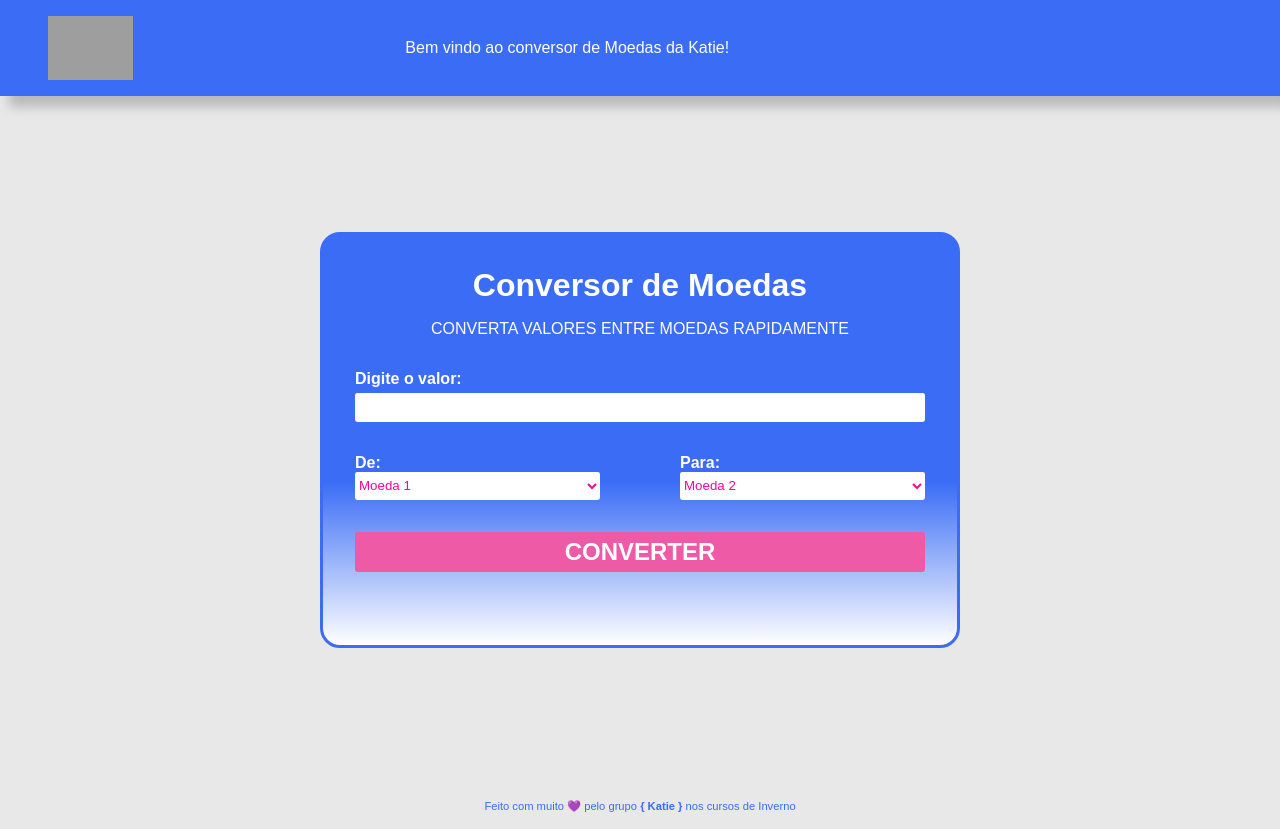
Repository: willamesalmeida/Conversor-de-Moedas
Page: index.html
These files come from the project's save history. The page is drawn as it stood at one moment and after the next save; the edit follows.
The browser window is 1280 px wide. The pictures show the whole page.
Pictures or frames that could not be fetched are drawn as grey boxes.

Above is the page before, as saved 2022-08-07 14:53:51.

### index.html
<!DOCTYPE html>
<html lang="pt-br">
<head>
    <meta charset="UTF-8" />
    <meta name="viewport" content="width=device-width, initial-scale=1.0">
    <link rel="stylesheet" href="./global.css">
    <link rel="stylesheet" href="./styles.css">
    <title>Conversor de moedas KATIE</title>
</head>
<body>
    <script src="script.js"></script>

    <header class="cabecalho">
        <img class="gif-katie" src="https://ic.ufal.br/extensao/katie/resources/logoanim.gif"/>
        <p class="saudacao">Bem vindo ao conversor de Moedas da Katie!</p>
    </header>
    <main class="container">
        <section class="card">
            <header>
                <h2 class="titulo">Conversor de Moedas</h2>
                CONVERTA VALORES ENTRE MOEDAS RAPIDAMENTE
            </header>

            <section class="valor">
                <label>Digite o valor:</label>
                <input type="number" id="valor_inicial">
            </section>

            <section class="conversao">
                <div  class="converter-de">
                    <label>De:</label>
                    <select name="moedasde" id="moedasde">
                        <option value="de">Moeda 1</option>
                        <option value="USD">Dolar</option>
                        <option value="BRL">Real</option>
                        <option value="EUR">Euro</option>
                      </select>
                </div>

                <div class="converter-para">
                    <label>Para:</label>
                    <select name="moedaspara" id="moedaspara">
                        <option value="para">Moeda 2</option>
                        <option value="USD">Dolar</option>
                        <option value="BRL">Real</option>
                        <option value="EUR">Euro</option>
                      </select>
                </div>

            </section>
            <button type="submit" onclick="Converter()">CONVERTER</button>

            <span id="resultado" class="resultado"></span>

        </section>

    </main>

    <footer>
        Feito com muito &#128156 pelo grupo <strong>{ Katie }</strong> nos cursos de Inverno
    </footer>


</body>
</html>

### global.css
@import url('https://fonts.googleapis.com/css2?family=Roboto+Flex:opsz,wght@8..144,400;8..144,500&family=Roboto:ital,wght@0,100;0,300;0,400;0,500;0,700;0,900;1,100;1,300;1,400;1,500;1,700;1,900&display=swap');
:root {
  --rosa-katie: #f8049c;
  --amarelo-katie: #fdd54f;
  --cinza-katie: #1f1f24;
  --rosa-claro: #EF5AA7;
  --branco:  #ffffff;
  --blue: #3A6CF5;
  --gray:#E8E8E8;
  --grey2: #EBEBF3;
  --red:#FF0000;
}

* {
  margin: 0;
  padding: 0;
  box-sizing: border-box;
}

body {
  font-family: 'Roboto ', sans-serif;
  font-family: 'Roboto Flex ', sans-serif;
  color: #ffffff;
  background-color: var(--gray);
}

### styles.css
.cabecalho {
  background: var(--blue);
  padding: 1rem 0;
}

.gif-katie {
  margin-left: 3rem;
  height: 4rem;
}
.cabecalho{
  display: flex;
  align-items: center;
  box-shadow: 10px 10px 10px 1px rgba(0, 0, 0, 0.2);
}

.saudacao {
  text-align: center;
  padding-left: 17rem;
}

.container {
  padding: 2.5rem 1rem;
}

.card {
  background: linear-gradient(var(--blue)60%, var(--branco)); ;
  /* background: var(--red); */
  width: 40rem;
  height: 26rem;
  border: 3px solid var(--blue);
  border-radius: 20px;
  padding: 2rem;
  margin: 6rem auto;
}

header h2 {

  font-size: 2rem;
}

.titulo {
  margin-bottom: 1rem;
}

.card header {
  text-align: center;
}

.valor {
  margin: 2rem 0;
  display: flex;
  flex-direction: column;
}

label {
  font-size: 1rem;
  font-weight: bold;
  margin-bottom: 0.3rem;
}

input,
select {
  border: none;
  border-radius: 0.15rem;
  height: 1.8rem;
  width: 100%;
  background: var(--branco);
  color: var(--rosa-katie)
}

input {
    padding: 0.8rem;
}

.conversao {
    width: 100%;
    margin: 2rem 0;
    display: flex;
    flex-direction: row;
  }

.converter-de,
.converter-para {
  width: 100%;
}

.converter-de {
  margin-right: 2.5rem;
}

.converter-para {
  margin-left: 2.5rem;
}

button {
  background: var(--rosa-claro);
  border: none;
  border-radius: 0.15rem;
  width: 100%;
  height: 2.5rem;
  cursor: pointer;
  color: var(--branco);
  font-weight: bold;
  font-size: 1.5rem;
  transition: 0.5s;
  margin-bottom: 1rem;
}

#resultado {
    font-weight: bold;
    color: var(--amarelo-katie);
    font-size: 1.5rem;
    text-align: center;
}

button:hover {
  filter: brightness(0.8);
}

footer {
    margin: 1rem 0;
    color: var(--blue);
    font-size: 0.70rem;
    text-align: center;
}

### script.js
function Converter() {
  let input = parseFloat(document.getElementById("valor_inicial").value);
  let output = document.getElementById("resultado");
  let de = document.getElementById("moedasde");
  let para = document.getElementById("moedaspara");

  console.log(de.value);

  //Reais
  if (de.value == "BRL" && para.value != "Moeda 2") {
    let valorEmReais = input;
    let valor;
    if (para.value == "BRL") {
      valor = "O valor em reais é: R$" + valorEmReais.toFixed(2);
    } else if (para.value == "EUR") {
      valor = "O valor em euros é: €" + (valorEmReais * 0.1885).toFixed(2);
    } else if (para.value == "USD") {
      valor = "O valor em dólar é: $" + (valorEmReais * 0.1917).toFixed(2);
    }
    output.innerHTML = valor;
  } else if (de.value == "EUR" && para.value != "Moeda 2") {
    let valorEmEuros = input;
    let valor;

    if (para.value == "EUR") {
      valor = "O valor em euros é: €" + valorEmEuros.toFixed(2);
    } else if (para.value == "USD") {
      valor = "O valor em dólar é: $" + (valorEmEuros * 1.0167).toFixed(2);
    } else if (para.value == "BRL") {
      valor = "O valor em reais é: R$" + (valorEmEuros * 5.303).toFixed(2);
    }
    output.innerHTML = valor;
  } else if (de.value == "USD" && para.value != "Moeda 2") {
    console.log("entrou no else is do dolar");
    let valorEmDolar = input;
    let valor;

    if (para.value == "USD") {
      valor = "O valor em dólar é: $" + valorEmDolar.toFixed(2);
    } else if (para.value == "BRL") {
      valor = "O valor em dólar é: R$" + (valorEmDolar * 5.2159).toFixed(2);
    } else if (para.value == "EUR") {
      valor = "O valor em dólar é: €" + (valorEmDolar * 0.9832).toFixed(2);
    }
    output.innerHTML = valor;
  } else {
    output.innerHTML = "";
  }
}

After the next save:
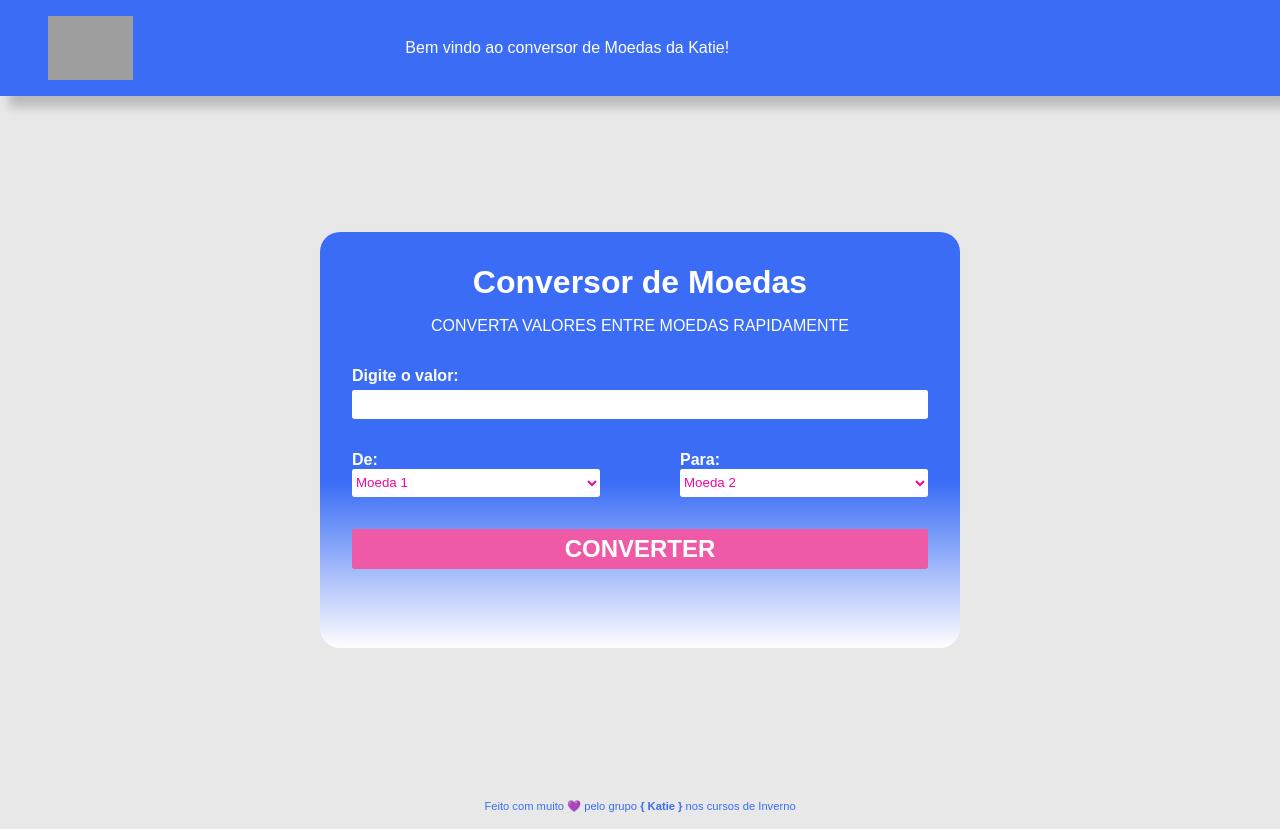
Saved 31 s later.
--- a/styles.css
+++ b/styles.css
@@ -27,7 +27,7 @@
   /* background: var(--red); */
   width: 40rem;
   height: 26rem;
-  border: 3px solid var(--blue);
+  border: 3px solid var(--blue) linear-gradient(var(--blue)60%, var(--branco));
   border-radius: 20px;
   padding: 2rem;
   margin: 6rem auto;
